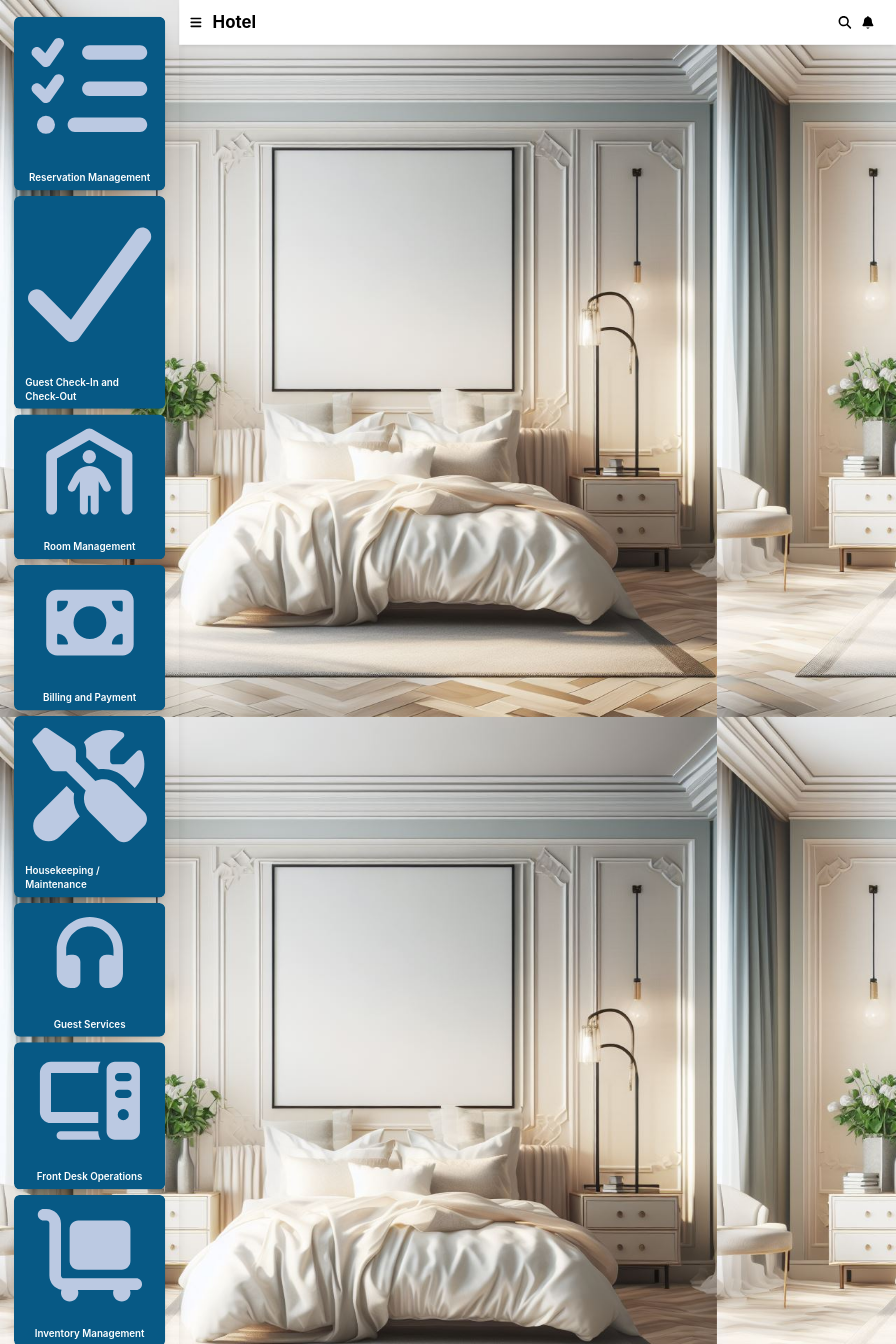
Repository: musabismael/Hotel
Page: /
An editor plug-in stored every save of this project. The page is shown before and after the next save, followed by the edit.
The browser window is 1280 px wide. The pictures show the part of the page from y = 0 to 1920 px (the page is 3016 px tall before and 720 px after), at 70% of full size.
The project was rebuilt for these pictures with package versions that can differ from the ones it lists, and the page was loaded fresh each time. Also part of the build but not shown: vite.config.js, src/App.css, src/pages/ReservationManagement.jsx, src/pages/GuestCheckInOut.jsx, src/pages/RoomManagement.jsx, src/pages/BillingPayment.jsx, src/pages/HousekeepingMaintenance.jsx, src/pages/GuestServices.jsx and 6 more.

Above is the page before, as saved 2023-10-01 18:54:17.

After the next save:
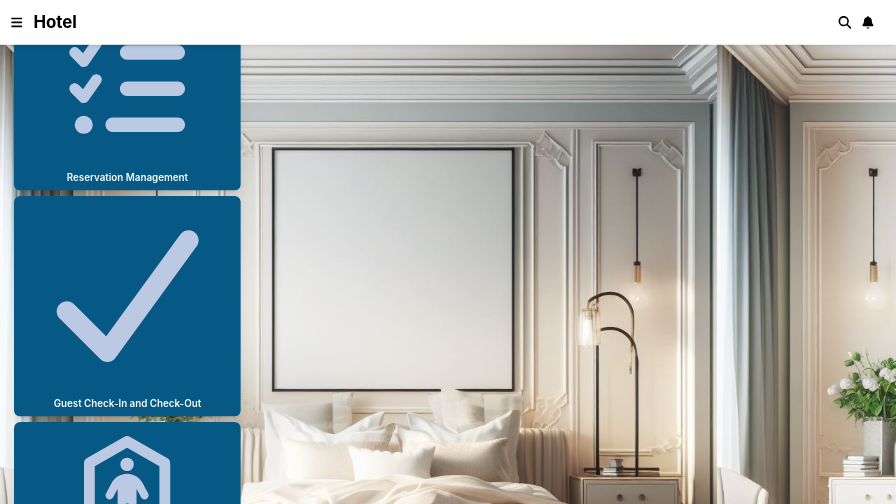
Saved 66 s later.
--- a/src/component/Sidebar.jsx
+++ b/src/component/Sidebar.jsx
@@ -114,7 +114,7 @@
     console.log(`Card with ID ${id} clicked`);
   };
   return (
-    <aside className="bg-white-700  w-1/5 min-h-screen p-4 mt-auto shadow-lg">
+    <aside className="bg-white-700  p-4 h-screen fixed overflow-y-auto">
       <nav>
         {cardData.map((card) => (
           <Card

After the save that followed:
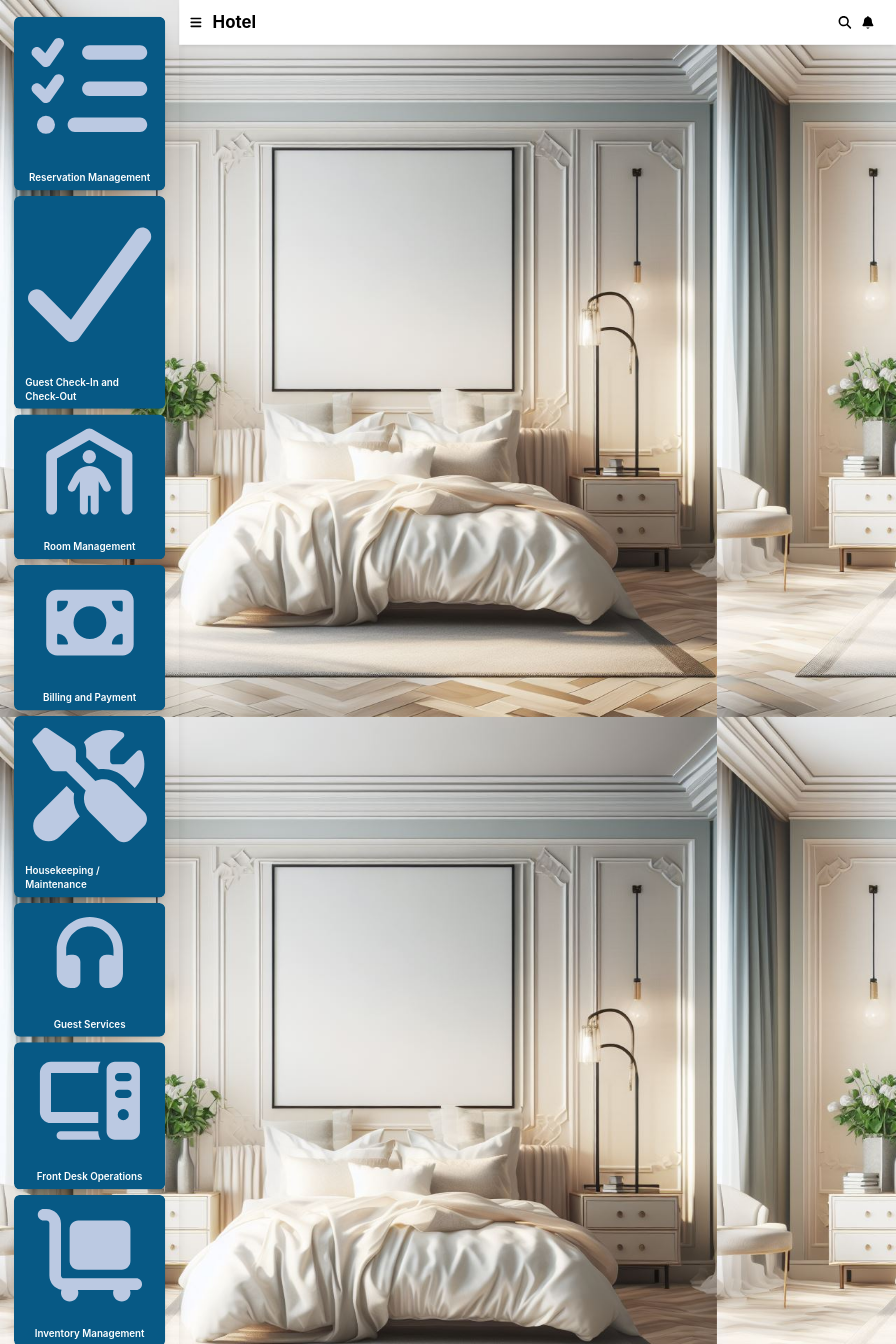
Saved 15 s later.
--- a/src/component/Sidebar.jsx
+++ b/src/component/Sidebar.jsx
@@ -114,7 +114,7 @@
     console.log(`Card with ID ${id} clicked`);
   };
   return (
-    <aside className="bg-white-700  p-4 h-screen fixed overflow-y-auto">
+    <aside className="bg-white-700  w-1/5 min-h-screen p-4 mt-auto shadow-lg">
       <nav>
         {cardData.map((card) => (
           <Card
